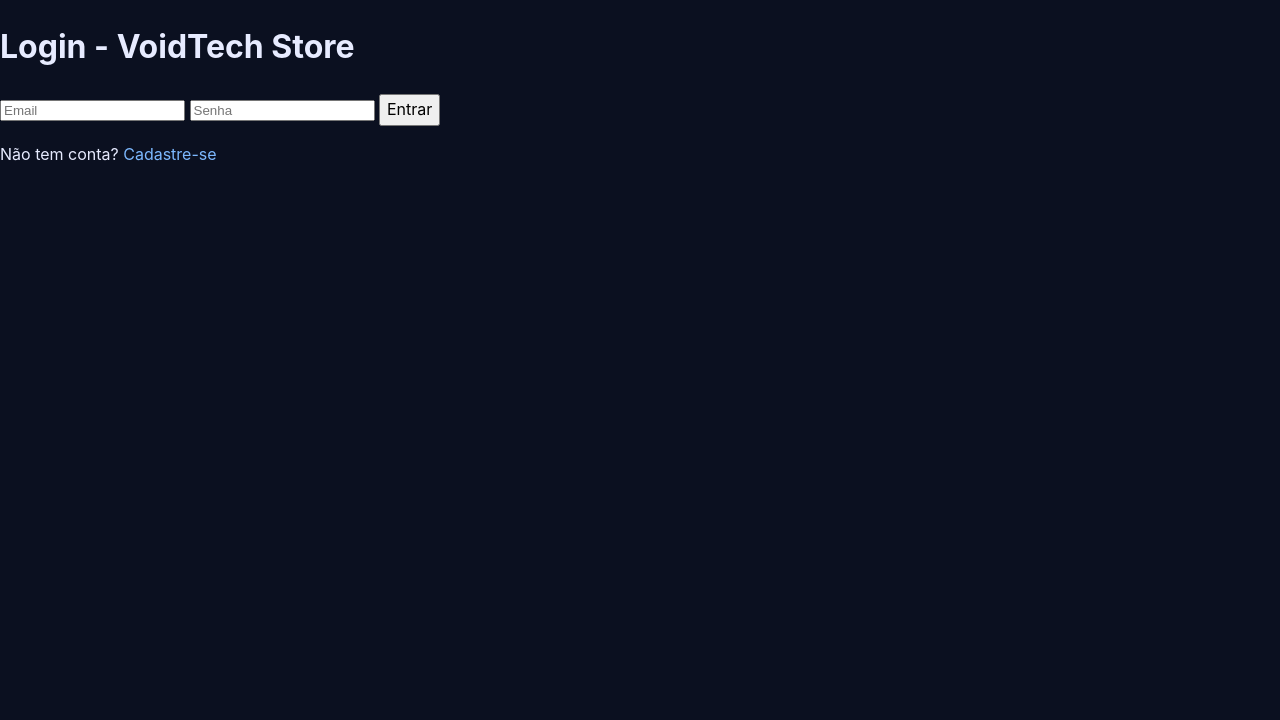
Repository: epvoidtech/Formul-rio-de-contato
Page: login.html
These files come from the project's save history. The page is drawn as it stood at one moment and after the next save; the edit follows.
The browser window is 1280 px wide. The pictures show the whole page.

Above is the page before, as saved 2025-08-19 14:04:14.

After the next save:
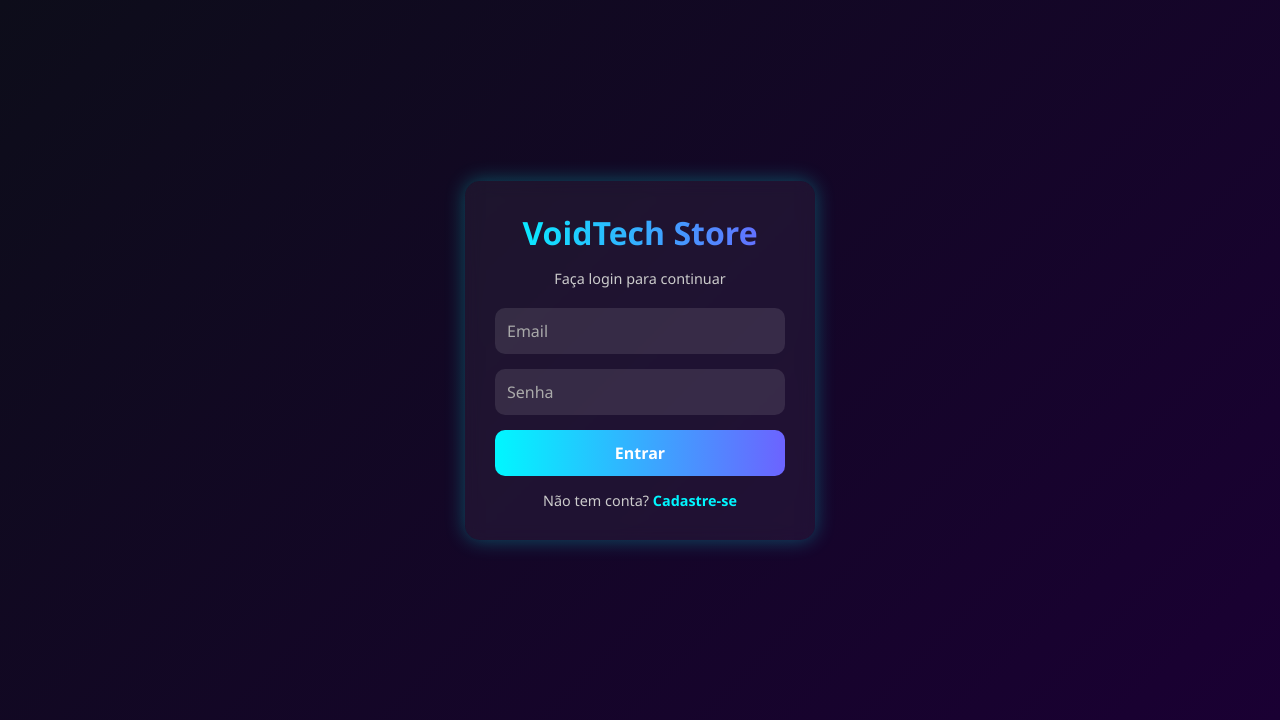
Saved 1 s later.
--- a/login.html
+++ b/login.html
@@ -1,25 +1,126 @@
 <!DOCTYPE html>
 <html lang="pt-BR">
 <head>
-    <meta charset="UTF-8">
-    <meta name="viewport" content="width=device-width, initial-scale=1.0">
-    <title>Login - VoidTech Store</title>
-    <link rel="stylesheet" href="css/style.css">
+  <meta charset="UTF-8">
+  <meta name="viewport" content="width=device-width, initial-scale=1.0">
+  <title>Login - VoidTech Store</title>
+  <style>
+    /* Reset */
+    * {
+      margin: 0;
+      padding: 0;
+      box-sizing: border-box;
+      font-family: 'Segoe UI', Tahoma, sans-serif;
+    }
+
+    body {
+      height: 100vh;
+      display: flex;
+      align-items: center;
+      justify-content: center;
+      background: linear-gradient(135deg, #0d0d1a, #1a0033);
+      color: #fff;
+    }
+
+    header {
+      text-align: center;
+      margin-bottom: 20px;
+    }
+
+    header h1 {
+      font-size: 2rem;
+      background: linear-gradient(90deg, #00f7ff, #6c63ff);
+      -webkit-background-clip: text;
+      -webkit-text-fill-color: transparent;
+      font-weight: bold;
+    }
+
+    main {
+      background: rgba(255, 255, 255, 0.05);
+      padding: 30px;
+      border-radius: 15px;
+      box-shadow: 0 0 20px rgba(0,255,255,0.3);
+      backdrop-filter: blur(8px);
+      width: 100%;
+      max-width: 350px;
+      text-align: center;
+    }
+
+    form {
+      display: flex;
+      flex-direction: column;
+      gap: 15px;
+    }
+
+    input {
+      padding: 12px;
+      border: none;
+      border-radius: 10px;
+      background: rgba(255, 255, 255, 0.1);
+      color: #fff;
+      outline: none;
+      font-size: 1rem;
+      transition: 0.3s;
+    }
+
+    input::placeholder {
+      color: #aaa;
+    }
+
+    input:focus {
+      background: rgba(0,255,255,0.1);
+      box-shadow: 0 0 8px #00f7ff;
+    }
+
+    button {
+      padding: 12px;
+      background: linear-gradient(90deg, #00f7ff, #6c63ff);
+      border: none;
+      border-radius: 10px;
+      font-size: 1rem;
+      font-weight: bold;
+      color: #fff;
+      cursor: pointer;
+      transition: 0.3s;
+    }
+
+    button:hover {
+      transform: scale(1.05);
+      box-shadow: 0 0 12px #00f7ff;
+    }
+
+    p {
+      margin-top: 15px;
+      font-size: 0.9rem;
+      color: #ccc;
+    }
+
+    a {
+      color: #00f7ff;
+      text-decoration: none;
+      font-weight: bold;
+    }
+
+    a:hover {
+      text-decoration: underline;
+    }
+  </style>
 </head>
 <body>
+  <main>
     <header>
-        <h1>Login - VoidTech Store</h1>
+      <h1>VoidTech Store</h1>
+      <p>Faça login para continuar</p>
     </header>
 
-    <main>
-        <form id="login-form">
-            <input type="email" id="login-email" placeholder="Email" required>
-            <input type="password" id="login-password" placeholder="Senha" required>
-            <button type="submit">Entrar</button>
-        </form>
-        <p>Não tem conta? <a href="register.html">Cadastre-se</a></p>
-    </main>
+    <form id="login-form">
+      <input type="email" id="login-email" placeholder="Email" required>
+      <input type="password" id="login-password" placeholder="Senha" required>
+      <button type="submit">Entrar</button>
+    </form>
+    <p>Não tem conta? <a href="register.html">Cadastre-se</a></p>
+  </main>
 
-    <script src="js/auth.js"></script>
+  <script src="js/auth.js"></script>
 </body>
 </html>
